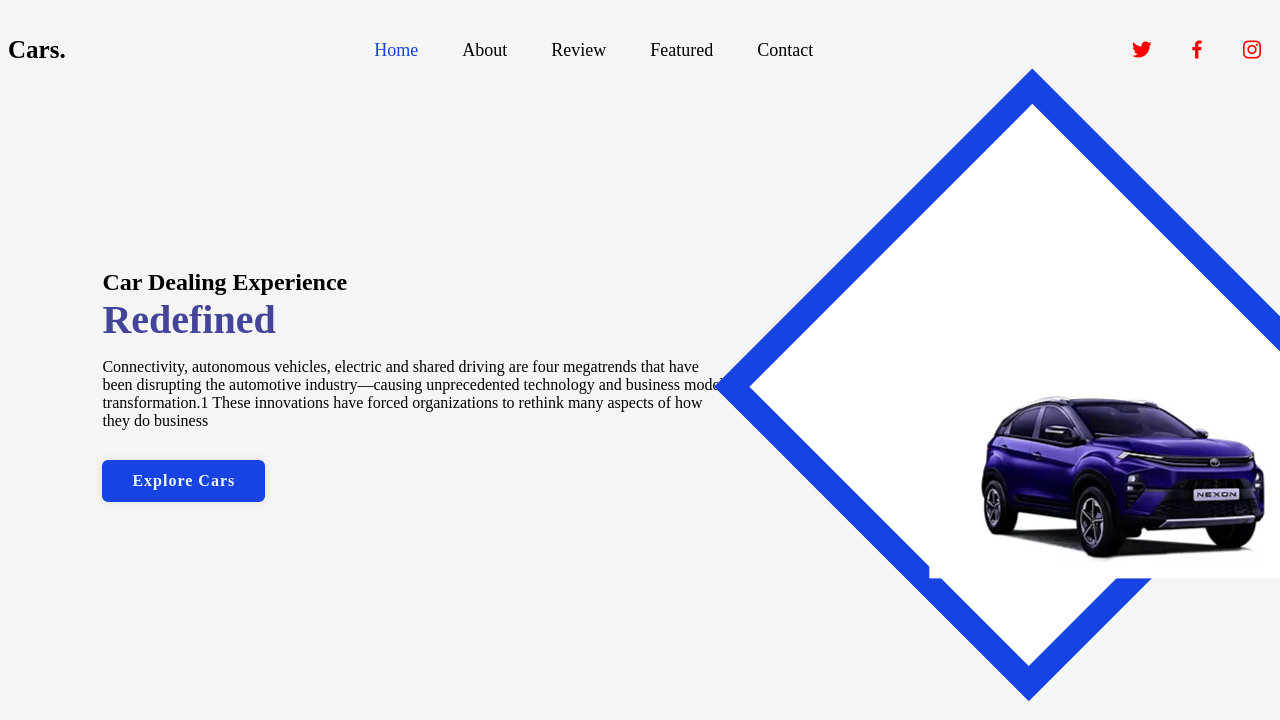
Repository: supriya123yadav/website-project
Page: index.html
These files come from the project's save history. The page is drawn as it stood at one moment and after the next save; the edit follows.
The browser window is 1280 px wide. The pictures show the whole page.

Above is the page before, as saved 2024-07-11 19:24:25.

### index.html
<!DOCTYPE html>
<html lang="en">
<head>
    <meta charset="UTF-8">
    <meta http-equiv="X-UA">
    <meta name="viewport" content="width=device-width, initial-scale=1.0">
    <title>Job Website Template</title>
    <link rel="stylesheet" href="style.css">
    <link href='https://unpkg.com/boxicons@2.1.4/css/boxicons.min.css' rel='stylesheet'>

</head>
<body>
    <header class="header">
        <a href="#" class="logo">Cars.</a>

        <nav class="navbar">
            <a href="#" class="active">Home</a>
            <a href="#">About</a>
            <a href="#">Review</a>
            <a href="#">Featured</a>
            <a href="#">Contact</a>
        </nav>

        <div class="social-media">
            <a href="#"><i class='bx bxl-twitter'></i></a>
            <a href="#"><i class='bx bxl-facebook' ></i></a>
            <a href="#"><i class='bx bxl-instagram' ></i></a>
        </div>
    </header>
    <section class="home">
        <div class="home-content">
            <h1>Car Dealing Experience</h1>
            <h3>Redefined</h3>
            <p>Connectivity, autonomous vehicles, electric and shared
             driving are four megatrends that have been disrupting the
             automotive industry—causing unprecedented technology
             and business model transformation.1 These innovations
             have forced organizations to rethink many aspects of how
             they do business</p>
             <a href="#" class="btn">Explore Cars</a>
        </div>
        <div class="home-img">
            <div class="rhombus">
                <img src="website car.webp" alt="">
            </div>
        </div>
    </section>

</body>
</html>

### style.css
*{
    margin: 0;
    padding: 0;
    box-sizing: border-box;
    font-family: 'Poppins', bold;
}
body{
    background: whitesmoke;
}
.header{
    position: fixed;
    top: 0;
    left: 0;
    width: 100%;
    padding: 30px 8px;
    background: transparent;
    display: flex;
    justify-content: space-between;
    align-items: center;
    z-index: 100;
}
.logo{
    font-size: 25px;
    color: black;
    text-decoration: none;
    font-weight: 600;
}
.navbar a {
    font-size: 18px;
    color: black;
    text-decoration: none;
    font-weight: 500;
    margin: 0 20px;
    transition: rgb(61, 61, 152);
}

.navbar a:hover,
.navbar a.active{
    color: #1743e3;
}
.social-media{
    display: flex;
    justify-content: space-between;
    width: 150px;
    height: 40px;

}
.social-media a {
    display: inline-flex;
    justify-content: center;
    align-items: center;
    width: 40px;
    height: 40px;
    background: transparent;
    border: 2px solid transparent;
    text-decoration: none;
    transform: rotate(45deg);
    transition: .5s;
}
.social-media a i {
    font-size: 24px;
    color: red;
    transform: rotate(-45deg);
}
.social-media a:hover {
    border-color: red;
}
.home {
    position: relative;
    width: 100%;
    height: 100vh;
    display: flex;
    justify-content: space-between;
    align-items: center;
    padding: 50px 8% 0;
    overflow: hidden;
}
.home-content {
    max-width: 630px;
}
.home-content h3 {
    font-size: 40px;
    color: rgb(68, 68, 154);
}
.home-content p {
    font-size: 16px;
    margin: 15px 0 30px;
}
.btn {
    display: inline-block;
    padding: 10px 28px;
    background: #1743e3;
    border-radius: 6px;
    border: 2px solid #1743e3;
    box-shadow: 0 0 10px rgba(0, 0, 0, .1);
    font-size: 16px;
    color: aliceblue;
    letter-spacing: 1px;
    text-decoration: none;
    font-weight: 600;
}
.btn:hover {
    background: transparent;
    color: #1743e3;
}
.home-img {
    position: relative;
    right: -7%;
    width: 450px;
    height: 450px;
    transform: rotate(45deg);
}
.home-img .rhombus {
    position: absolute;
    width: 100%;
    height: 100%;
    background: white;
    border: 25px solid #1743e3;
}

.home-img .rhombus img {
    position: absolute;
    top: 100px;
    right: -110px;
    max-width: 490px;
    transform: rotate(-45deg);
}

After the next save:
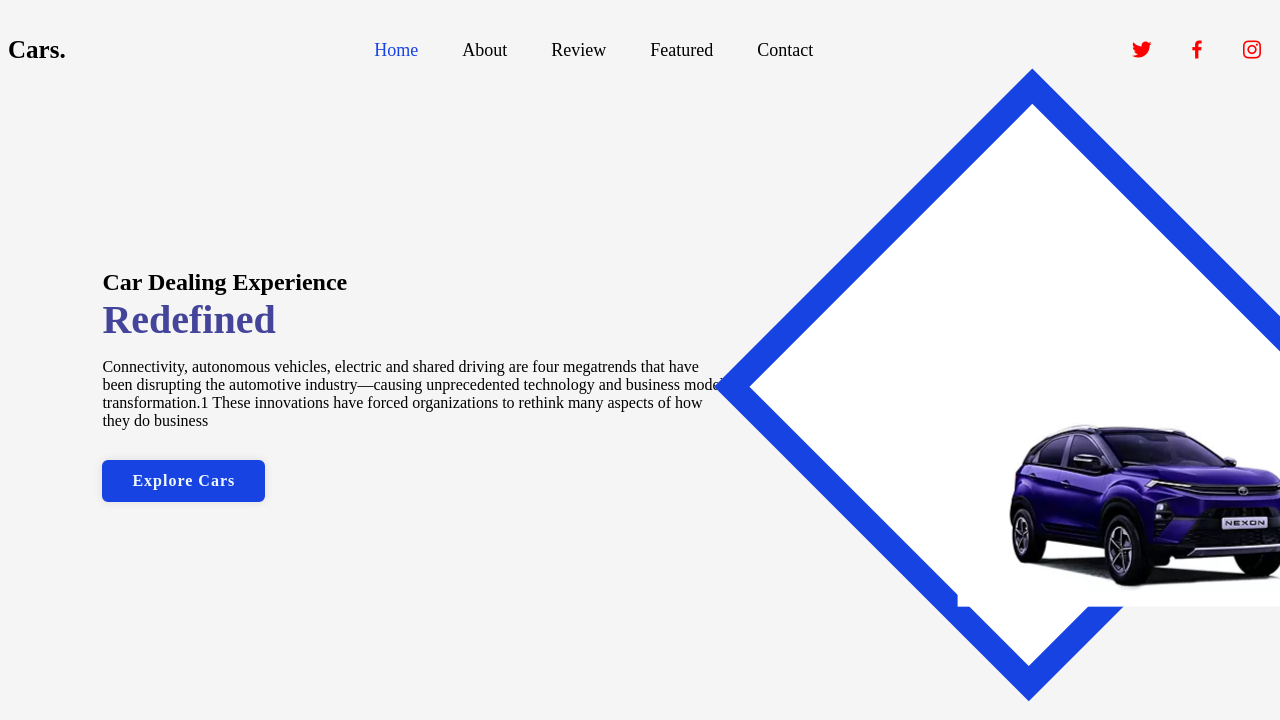
Saved 14 s later.
--- a/style.css
+++ b/style.css
@@ -121,7 +121,7 @@
 .home-img .rhombus img {
     position: absolute;
     top: 100px;
-    right: -110px;
+    right: -150px;
     max-width: 490px;
     transform: rotate(-45deg);
 }
